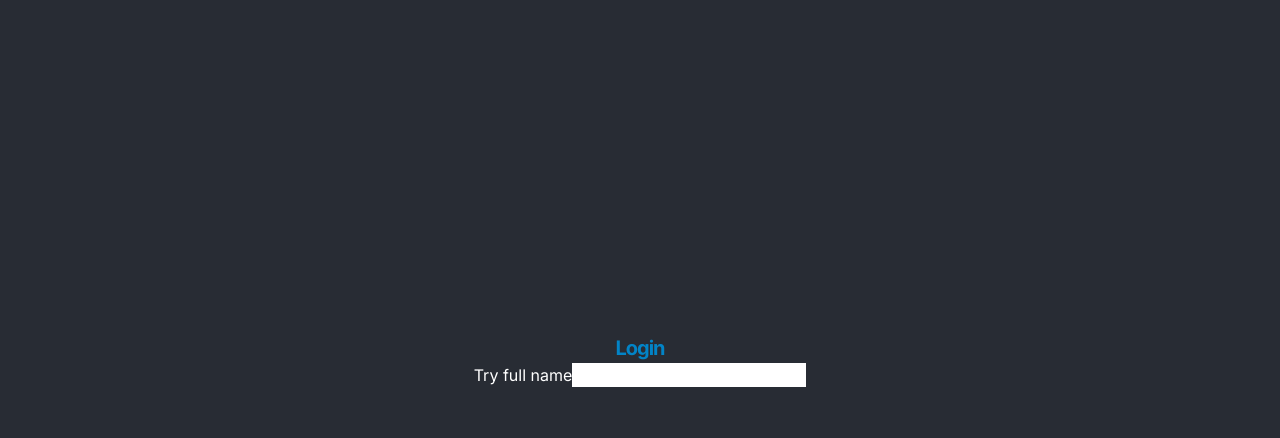
Repository: devsecops-node/simple-play
Page: /
These files come from the project's save history. The page is drawn as it stood at one moment and after the next save; the edit follows.
The browser window is 1280 px wide. The pictures show the whole page.
The project was rebuilt for these pictures with package versions that can differ from the ones it lists, and the page was loaded fresh each time. The framework's server and built-in components were replaced by stand-ins that run in the browser. Also part of the build but not shown: next.config.mjs.

Above is the page before, as saved 2024-06-21 12:21:56.

### src/app/(main)/page.tsx
import Image from "next/image";
import Container from "../_components/Container";

export default function Home() {
  return (
    <Container>
      <h1 className="text-[20px] text-sky-600 font-bold tracking-tighter">Login</h1>
      <form action="/" className="flex flex-col">
        <section>
          <label htmlFor="name">Try full name</label>
          <input type="text" />
        </section>
      </form>
    </Container>
  );
}

### src/app/_components/Container.tsx
import React from 'react'

const Container = ({ children }: { children: React.ReactNode }) => {
  return (
    <div className='bg-[#282c34] h-screen text-white flex flex-col justify-center items-center'>
      {children}
    </div>
  )
}

export default Container

Loaded but not shown: src/app/layout.tsx (common file); src/app/globals.css (common file); tailwind.config.ts (common file)

After the next save:
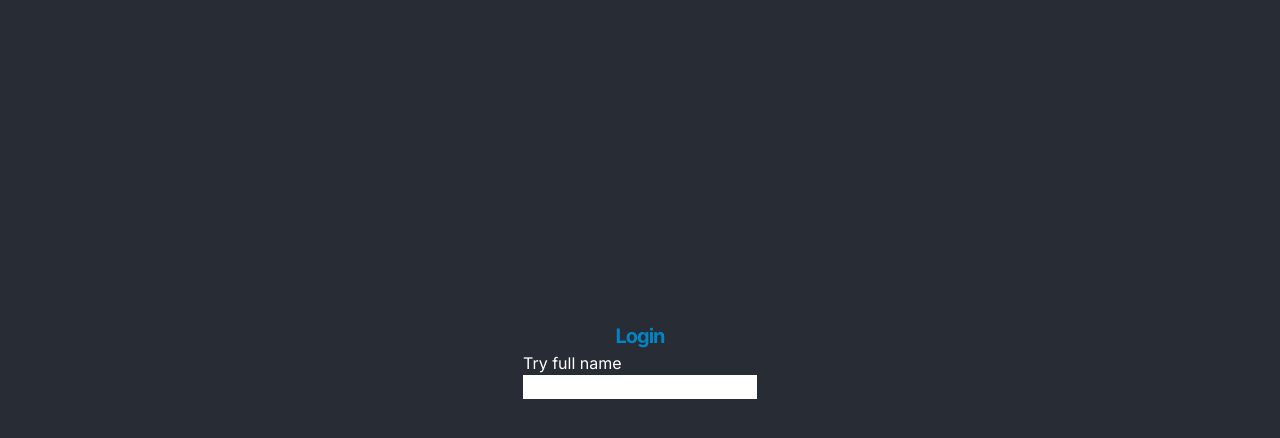
Saved 9 s later.
--- a/src/app/(main)/page.tsx
+++ b/src/app/(main)/page.tsx
@@ -6,7 +6,7 @@ export default function Home() {
     <Container>
       <h1 className="text-[20px] text-sky-600 font-bold tracking-tighter">Login</h1>
       <form action="/" className="flex flex-col">
-        <section>
+        <section className="flex flex-col">
           <label htmlFor="name">Try full name</label>
           <input type="text" />
         </section>
